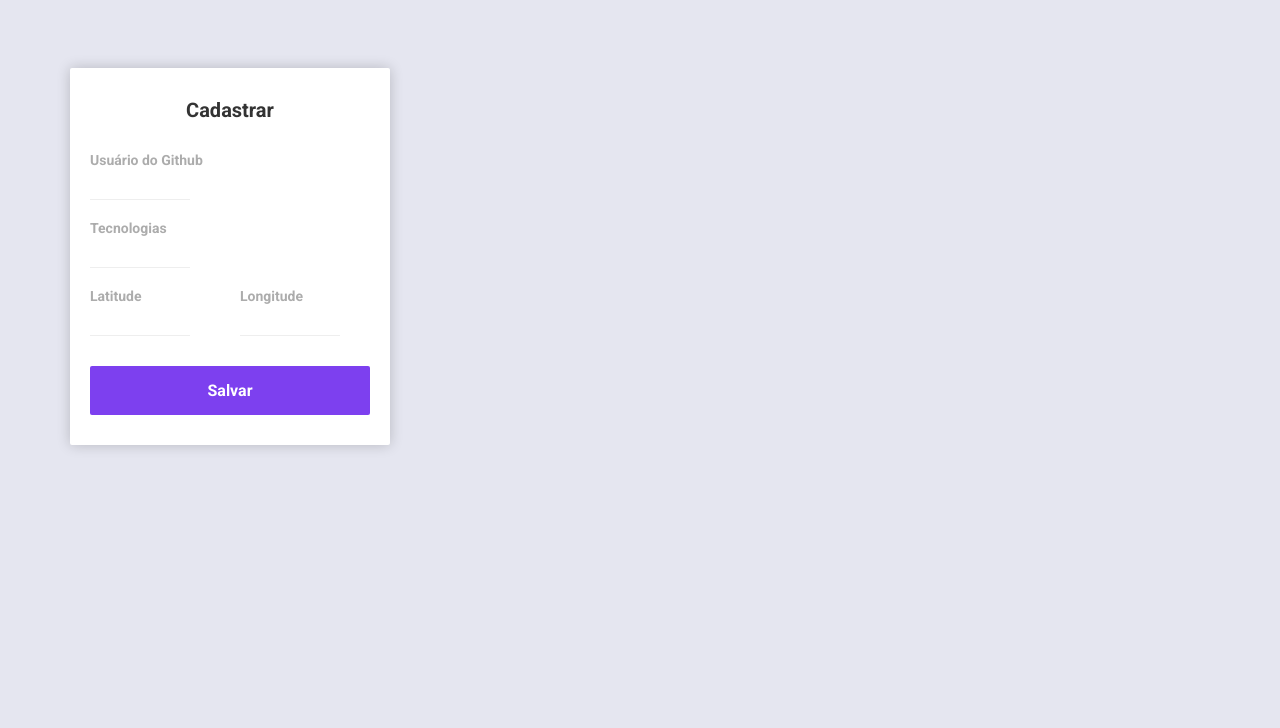
Repository: Jonatas-Castro/react_frontend
Page: /
An editor plug-in stored every save of this project. The page is shown before and after the next save, followed by the edit.
The browser window is 1280 px wide. The pictures show the whole page.
The project was rebuilt for these pictures with package versions that can differ from the ones it lists, and the page was loaded fresh each time. Also part of the build but not shown: src/Mean.css.

Above is the page before, as saved 2020-01-16 15:20:58.

After the next save:
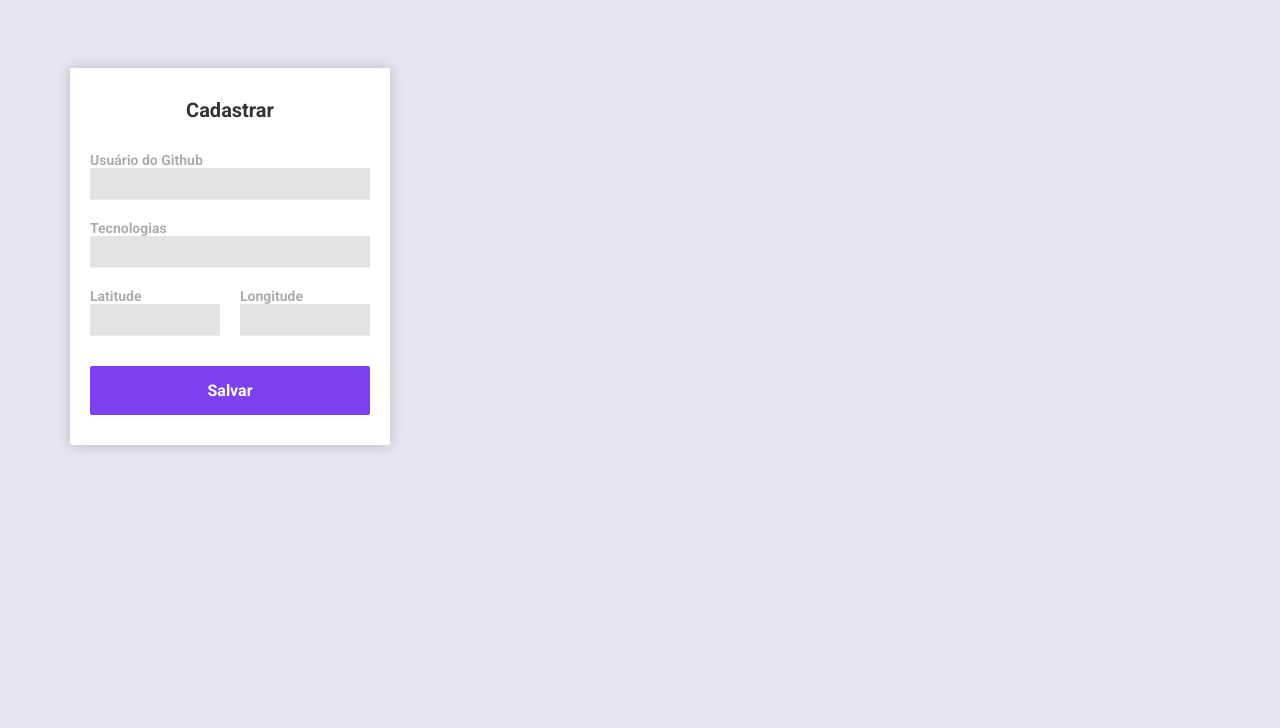
Saved 118 s later.
--- a/src/Sidebar.css
+++ b/src/Sidebar.css
@@ -43,6 +43,8 @@ aside form .input-block input{
     color: #777;
     border: 0;
     border-bottom: 1px solid #eee;
+    background: #e3e3e3;
+    width: 100%;
 }
 aside form button[type=submit]{
     width: 100%;
